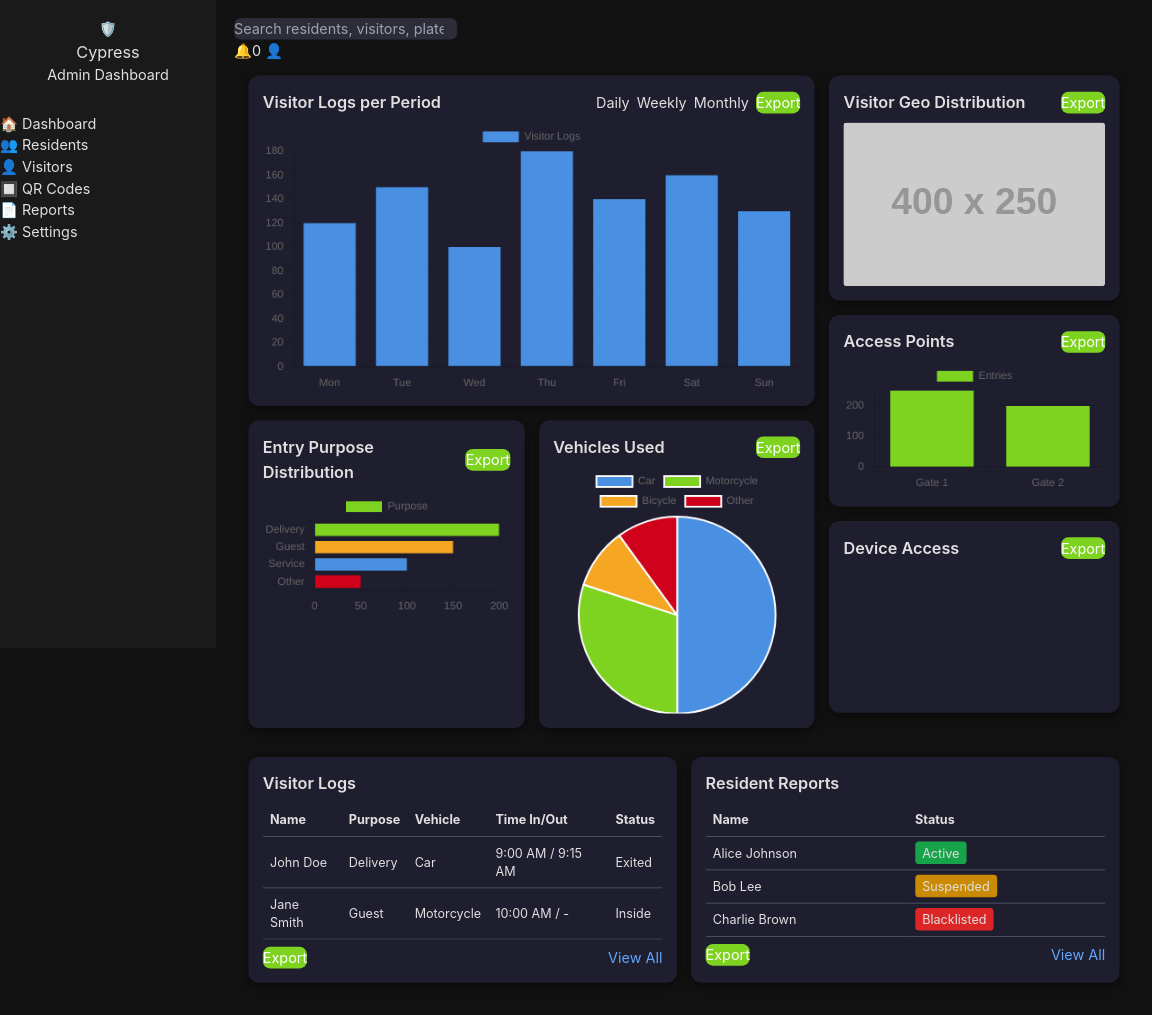
Repository: camuramon/my-project
Page: templates/admin/reports.html
The author's editor kept a copy of each file at every save. The page is drawn from the files as they stood at one save, then again after the next save.
The browser window is 1280 px wide. The pictures show the whole page, at 90% of full size.
Some web libraries are served in a nearby version. The template is drawn by Flask 3. The application's start-up code is not run. The template is opened directly, without the code that normally fills it, so the values that code supplies are empty.

Above is the page before, as saved 2025-09-08 23:55:23.
Console error: TypeError: Cannot read properties of null (reading 'addEventListener')

After the next save:
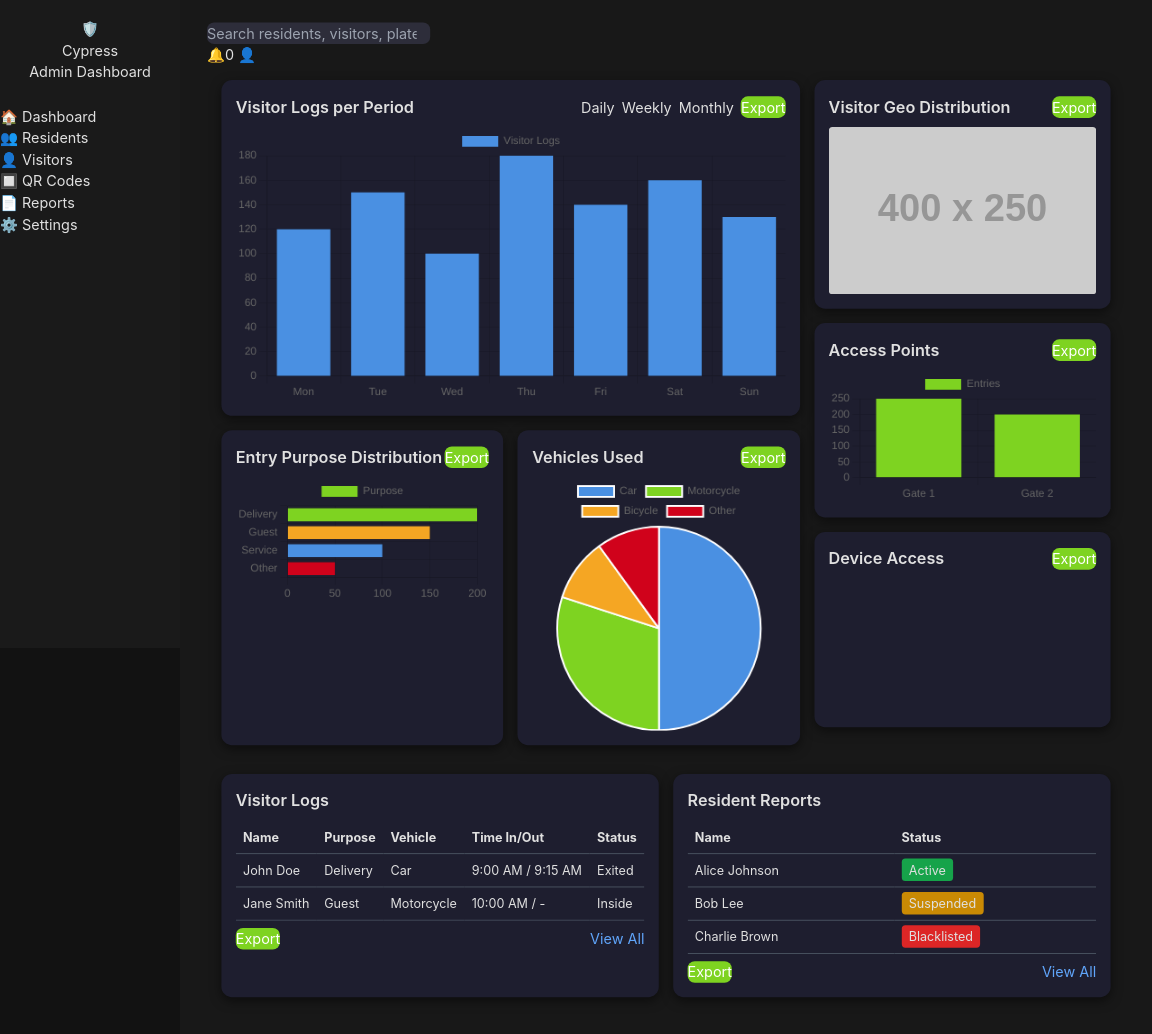
Saved 5 min 58 s later.
--- a/static/css/report.css
+++ b/static/css/report.css
@@ -8,7 +8,7 @@
 
 /* === SIDEBAR === */
 .sidebar {
-  width: 240px;
+  width: 200px; /* mas maliit sidebar dati 240px */
   background-color: #1A1A1A;
   height: 100vh;
   padding: 20px 0;
@@ -21,18 +21,18 @@
 
 .sidebar .logo {
   text-align: center;
-  margin-bottom: 30px;
+  margin-bottom: 25px;
 }
 .sidebar .logo img {
-  width: 50px;
-  margin-bottom: 10px;
+  width: 45px;
+  margin-bottom: 8px;
 }
 .sidebar .logo h2 {
-  font-size: 18px;
+  font-size: 16px;
   margin: 0;
 }
 .sidebar .logo p {
-  font-size: 12px;
+  font-size: 11px;
   color: #bbb;
   margin: 0;
 }
@@ -43,12 +43,13 @@
   margin: 0;
 }
 .sidebar .nav-links li {
-  padding: 12px 20px;
+  padding: 10px 18px;
   cursor: pointer;
   display: flex;
   align-items: center;
-  gap: 12px;
+  gap: 10px;
   color: #ccc;
+  font-size: 14px;
   transition: background 0.3s, color 0.3s;
 }
 .sidebar .nav-links li:hover,
@@ -59,9 +60,12 @@
 
 /* === MAIN CONTENT === */
 .main-content {
-  margin-left: 240px; /* same as sidebar width */
-  padding: 20px;
+  margin-left: 200px; /* match sa sidebar width */
+  padding: 25px 30px;
   flex: 1;
+  min-height: 100vh;
+  background-color: #181818; /* para separate sa sidebar */
+  overflow-y: auto;
 }
 
 /* === CARDS === */
@@ -70,6 +74,7 @@
   border-radius: 12px;
   box-shadow: 0 4px 12px rgba(0,0,0,0.5);
   transition: box-shadow 0.3s ease;
+  padding: 20px;
 }
 .card:hover {
   box-shadow: 0 6px 20px rgba(74,144,226,0.7);
@@ -103,7 +108,7 @@
   border: none;
   border-radius: 8px;
   padding: 8px 16px;
-  transition: background-color 0.3s;
+  transition: background-color 0.3s, box-shadow 0.3s;
 }
 .btn-blue { background-color: #4A90E2; color: white; }
 .btn-blue:hover { box-shadow: 0 0 10px #4A90E2; }

After the save that followed:
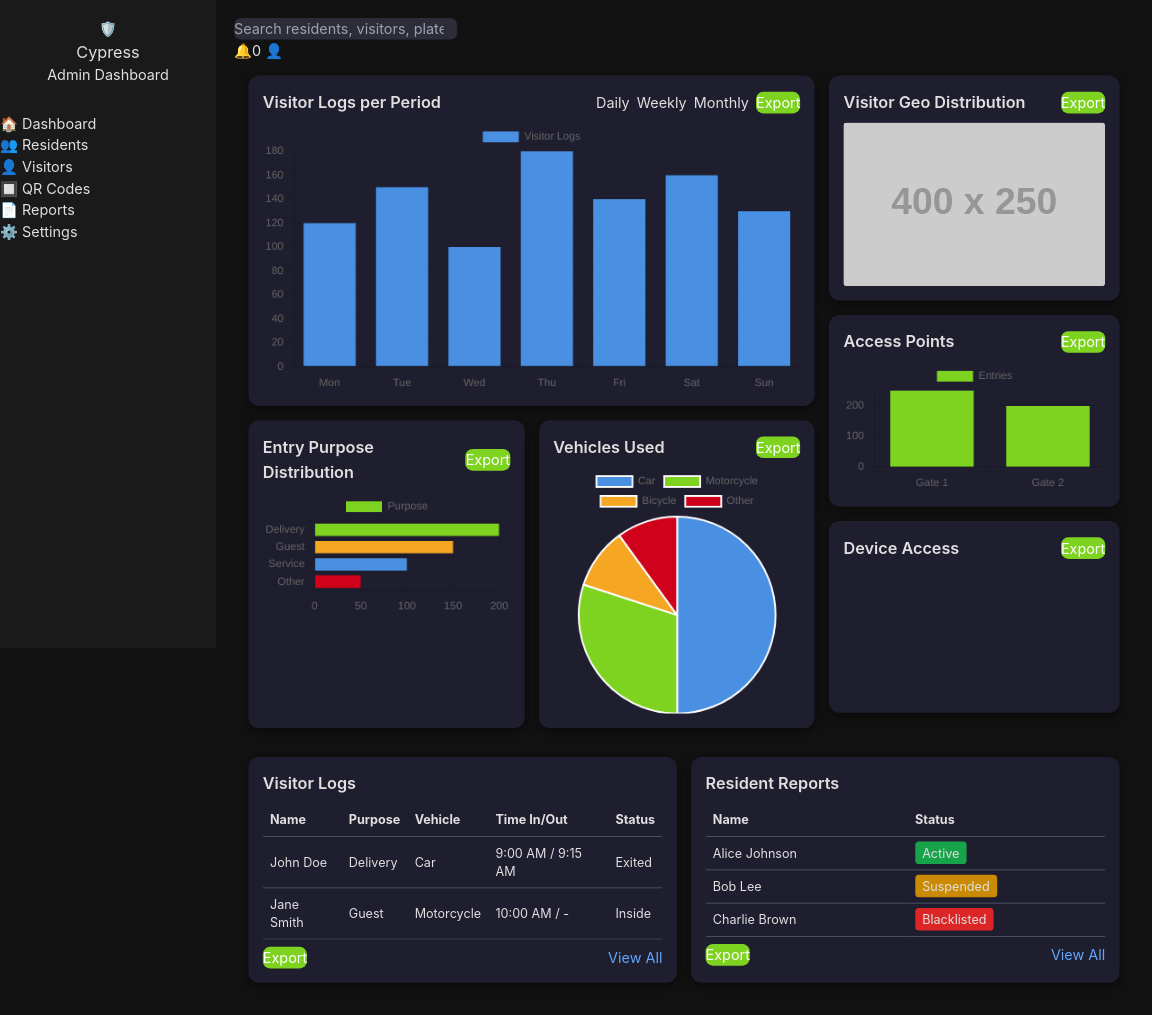
Saved 47 s later.
--- a/static/css/report.css
+++ b/static/css/report.css
@@ -8,7 +8,7 @@
 
 /* === SIDEBAR === */
 .sidebar {
-  width: 200px; /* mas maliit sidebar dati 240px */
+  width: 240px;
   background-color: #1A1A1A;
   height: 100vh;
   padding: 20px 0;
@@ -21,18 +21,18 @@
 
 .sidebar .logo {
   text-align: center;
-  margin-bottom: 25px;
+  margin-bottom: 30px;
 }
 .sidebar .logo img {
-  width: 45px;
-  margin-bottom: 8px;
+  width: 50px;
+  margin-bottom: 10px;
 }
 .sidebar .logo h2 {
-  font-size: 16px;
+  font-size: 18px;
   margin: 0;
 }
 .sidebar .logo p {
-  font-size: 11px;
+  font-size: 12px;
   color: #bbb;
   margin: 0;
 }
@@ -43,13 +43,12 @@
   margin: 0;
 }
 .sidebar .nav-links li {
-  padding: 10px 18px;
+  padding: 12px 20px;
   cursor: pointer;
   display: flex;
   align-items: center;
-  gap: 10px;
+  gap: 12px;
   color: #ccc;
-  font-size: 14px;
   transition: background 0.3s, color 0.3s;
 }
 .sidebar .nav-links li:hover,
@@ -60,12 +59,9 @@
 
 /* === MAIN CONTENT === */
 .main-content {
-  margin-left: 200px; /* match sa sidebar width */
-  padding: 25px 30px;
+  margin-left: 240px; /* same as sidebar width */
+  padding: 20px;
   flex: 1;
-  min-height: 100vh;
-  background-color: #181818; /* para separate sa sidebar */
-  overflow-y: auto;
 }
 
 /* === CARDS === */
@@ -74,7 +70,6 @@
   border-radius: 12px;
   box-shadow: 0 4px 12px rgba(0,0,0,0.5);
   transition: box-shadow 0.3s ease;
-  padding: 20px;
 }
 .card:hover {
   box-shadow: 0 6px 20px rgba(74,144,226,0.7);
@@ -108,7 +103,7 @@
   border: none;
   border-radius: 8px;
   padding: 8px 16px;
-  transition: background-color 0.3s, box-shadow 0.3s;
+  transition: background-color 0.3s;
 }
 .btn-blue { background-color: #4A90E2; color: white; }
 .btn-blue:hover { box-shadow: 0 0 10px #4A90E2; }
